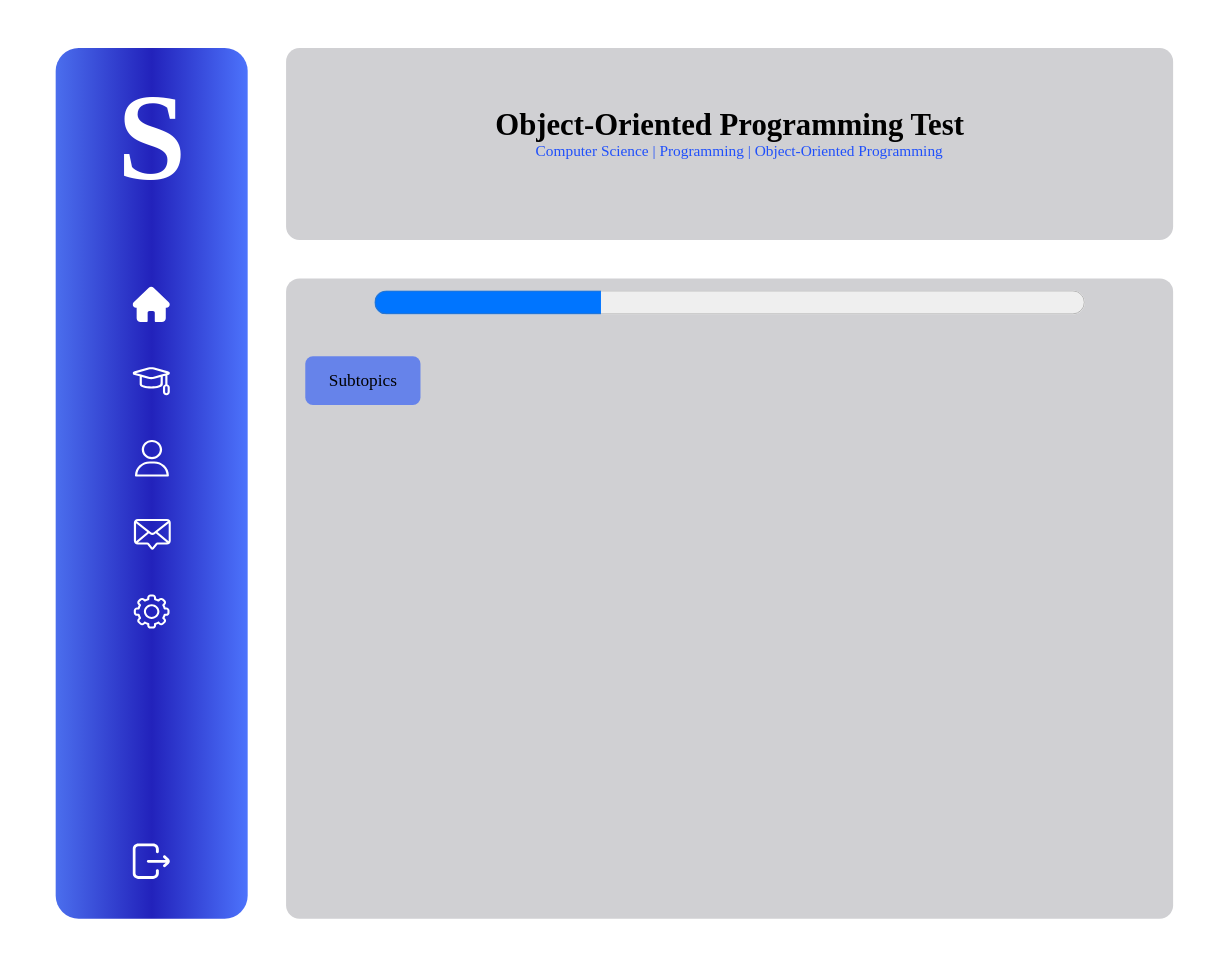
Repository: rafalzacher1/smartify-interface
Page: test.html
An editor plug-in stored every save of this project. The page is shown before and after a run of saves, followed by the edit.
The browser window is 1280 px wide. The pictures show the whole page, at 96% of full size.
Some web fonts or font styles are not loaded; a fallback is used.

Above is the page before, as saved 2022-06-30 19:21:15.

After the next 3 saves:
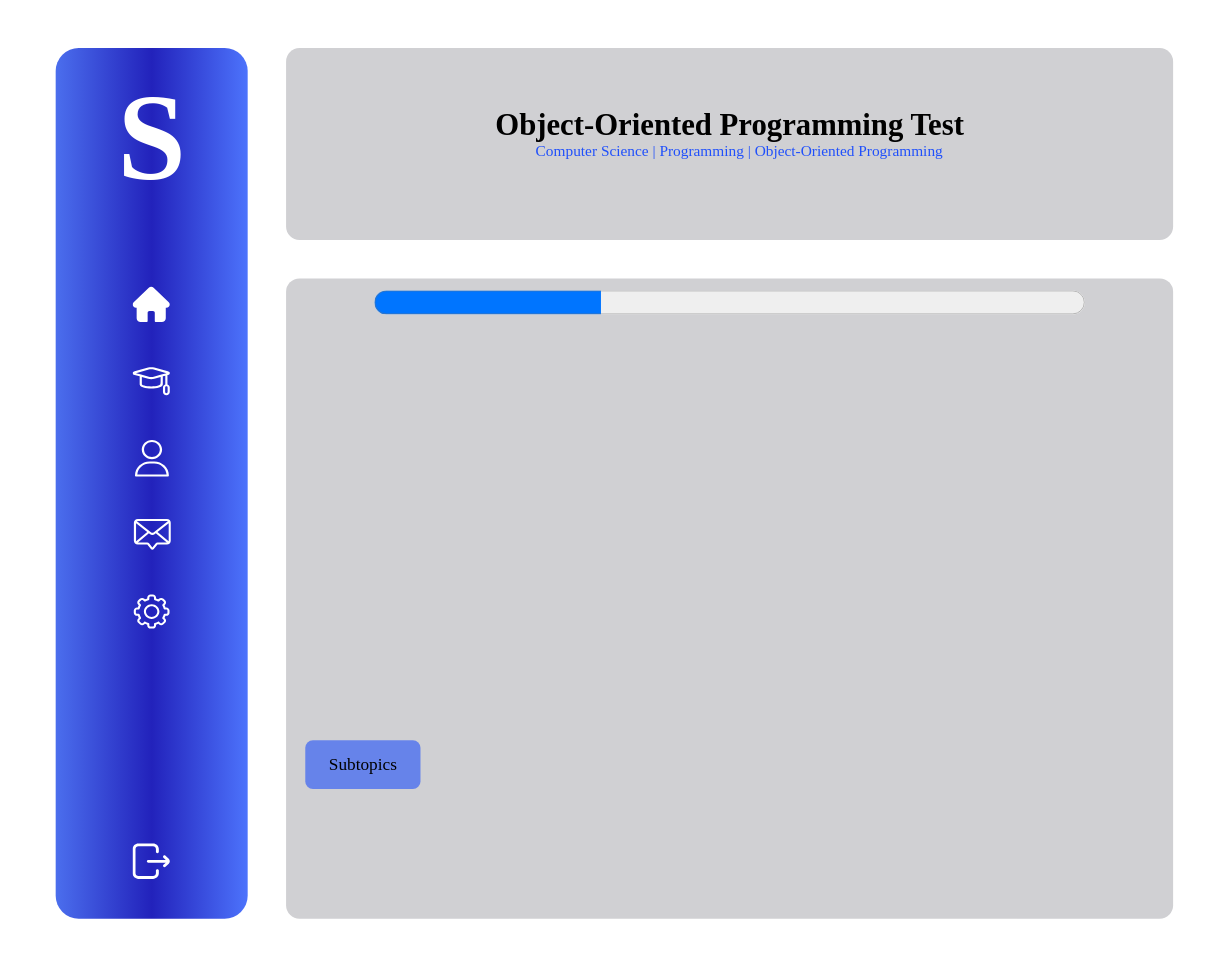
The 3 saves are shown as one change because they came seconds apart.
The last was saved 23 s later.
--- a/styles/question.css
+++ b/styles/question.css
@@ -26,6 +26,10 @@ input[type="reset"] {
   font-size: 18px;
 }
 
+#question {
+    height: 400px;
+}
+
 #question-button {
   width: 120px;
   margin: 30px 20px;
